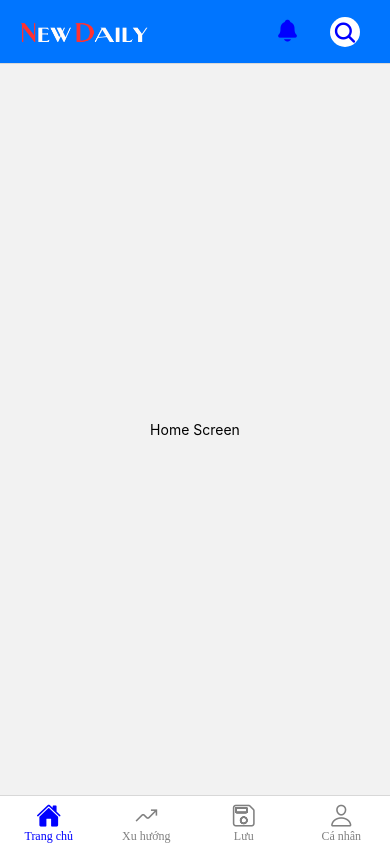
Repository: Quynhhuong150322/New_Daily
Screen: /BottomTab
These files come from the project's save history. The screen is drawn as it stood at one moment and after the next save; the edit follows.
The app was drawn by React Native's web renderer in a window 390 px wide. The project was rebuilt for these pictures with package versions that can differ from the ones it lists, and the page was loaded fresh each time. Also part of the build but not shown: firebase.js, screens/Login.js, screens/Signup.js, screens/Trending.js, screens/Save.js, components/Divider.js, components/Tab.js, screens/Profile.js and 4 more.

Above is the screen before, as saved 2023-12-20 06:34:17.

### App.js
import React from "react";
import {  StyleSheet, View } from "react-native";
import AppNavigator from "./navigation/AppNavigator";


export default function App() {
  return (
    <View style={styles.container}>
      <AppNavigator />
    </View>
  );
}

const styles = StyleSheet.create({
  container: {
    flex: 1,
  },
});

### navigation/AppNavigator.js
import { NavigationContainer } from '@react-navigation/native';
import { createNativeStackNavigator } from "@react-navigation/native-stack"
import Login from "../screens/Login";
import Signup from "../screens/Signup";
import  Welcome from "../screens/Welcome";
import  Home from "../screens/Home";
import  BottomTab from "../screens/ButtomTab";
import Trending from '../screens/Trending'
import Save from '../screens/Save'
import Profile from '../screens/Profile'
import Setting from '../screens/Setting'
import Dark_Mode from '../screens/Dark_Mode'
import Following from '../screens/Following'
import Notification from '../screens/Following'
import Privacy_Policy from '../screens/Following'
import Read_Later from '../screens/Following'
import Read_Recently from '../screens/Dark_Mode'
import Saved from '../screens/Following'
import Terms_Of_Use from '../screens/Following'
import Reading_Mode from '../screens/Reading_Mode'

const Stack = createNativeStackNavigator();


export default function AppNavigator() {
  return (
    <NavigationContainer>
      <Stack.Navigator
        initialRouteName='Welcome'
      >
        <Stack.Screen
          name="Welcome"
          component={Welcome}
          options={{
            headerShown: false
          }}
        />
        <Stack.Screen
          name="Login"
          component={Login}
          options={{
            headerShown: false
          }}
        />
        <Stack.Screen
          name="Signup"
          component={Signup}
          options={{
            headerShown: false
          }}
        />
        <Stack.Screen
          name="BottomTab"
          component={BottomTab}
          options={{ headerShown: false }}
        />
        <Stack.Screen
          name="Home"
          component={Home}
          options={{ headerShown: false }}
        />
        <Stack.Screen
          name="Trending"
          component={Trending}
        />
        <Stack.Screen
          name="Save"
          component={Save}
        />
        <Stack.Screen
          name="Profile"
          component={Profile}
        />
        <Stack.Screen
          name="Setting"
          component={Setting}
        />
        <Stack.Screen
          name="Dark_Mode"
          component={Dark_Mode}
        />
        <Stack.Screen
          name="Following"
          component={Following}
        />
        <Stack.Screen
          name="Notification"
          component={Notification}
        />
        <Stack.Screen
          name="Privacy_Policy"
          component={Privacy_Policy}
        />
        <Stack.Screen
          name="Read_Later"
          component={Read_Later}
        />
        <Stack.Screen
          name="Read_Recently"
          component={Read_Recently}
        />
        <Stack.Screen
          name="Saved"
          component={Saved}
        />
        <Stack.Screen
          name="Terms_Of_Use"
          component={Terms_Of_Use}
        />
        <Stack.Screen
          name="Reading_Mode"
          component={Reading_Mode}
        />

      </Stack.Navigator>
    </NavigationContainer>
  );
}

### screens/Welcome.js
import { View, Text, Pressable, Image } from 'react-native'
import React from 'react'
import { LinearGradient } from "expo-linear-gradient";
import colors from '../constants/colors';
import Button from '../components/Button';

const Welcome = ({ navigation }) => {

    return (
        <LinearGradient
            style={{
                flex: 1
            }}
            colors={[colors.Xanh_nhat, colors.Xanh_nhat]}
        >
            <View style={{ flex: 1 }}>
                <View>
                    <Image
                        source={require("../assets/Loading.png")}
                        style={{
                            height: 500,
                            width: 500,
                            position: "absolute",
                            top: 5,
                            right: -50,
                        }}
                    />

                    {/* <Image
                        source={require("../assets/Logo-4.png")}
                        style={{
                            height: 100,
                            width: 100,
                            borderRadius: 20,
                            position: "absolute",
                            top: -30,
                            left: 100,
                            transform: [
                                { translateX: 50 },
                                { translateY: 50 },
                                { rotate: "-5deg" }
                            ]
                        }}
                    /> */}
                </View>

                {/* content  */}

                <View style={{
                    paddingHorizontal: 22,
                    position: "absolute",
                    top: 400,
                    width: "100%"
                }}>
                    <Text style={{
                        fontSize: 25,
                        fontWeight: 1000,
                        color: colors.Xam1,
                        top: 30,
                        fontFamily: 'OpenSans-Regular',
                    }}>Đọc báo chỉ với một ứng dụng</Text>
                    <Text style={{
                        fontSize: 40,
                        fontWeight: 800,
                        color: colors.Den,
                        fontFamily: 'Helvetica-Bold',
                        top: 40,
                    }}>New Daily</Text>

                    <View style={{ marginVertical: 22 }}>
                        <Text style={{
                            fontSize: 16,
                            color: colors.Xam1,
                            marginVertical: 4,
                            top: 40,
                            fontFamily: 'OpenSans-Regular',
                        }}>Đọc tin tức mới nhất một cách mượt mà và nhanh chóng vào thời gian rảnh</Text>

                    </View>

                    <Button
                        title= {
                            <Text style={{
                                color: colors.Trang, fontSize: 25,
                                fontFamily: 'Helvetica-Bold',
                                }}>Đọc ngay
                            </Text>
                        }
                        onPress={() => navigation.navigate("Signup")}
                        style={{
                            marginTop: 22,
                            width: "100%",
                            backgroundColor: colors.Xanh_dam,
                            top: 30,
                        }}
                    />

                    <View style={{
                        flexDirection: "row",
                        marginTop: 12,
                        justifyContent: "center",
                        top: 50
                    }}>
                        <Text style={{
                            fontSize: 16,
                            color: colors.Den
                        }}>Bạn đã có tài khoản chưa?</Text>
                        <Pressable
                            onPress={() => navigation.navigate("Login")}
                        >
                            <Text style={{
                                fontSize: 16,
                                color: colors.Xanh_dam,
                                fontWeight: "bold",
                                marginLeft: 4
                            }}>Đăng nhập</Text>
                        </Pressable>

                    </View>
                </View>
            </View>
        </LinearGradient>
    )
}

export default Welcome

### screens/Home.js
import React from 'react';
import { createStackNavigator } from '@react-navigation/stack';
import { View, Text, Image, TouchableOpacity } from 'react-native';
import Ionicons from 'react-native-vector-icons/Ionicons';

const HomeStack = createStackNavigator();

function LogoTitle() {
    return (
        <Image
            style={{ width: 128, height: 20, marginLeft:20, marginTop:0}}
            source={require('../assets/Logo.png')}
        />
    );
}

function HomeScreen() {
    return (
        <View style={{ flex: 1, justifyContent: 'center', alignItems: 'center' }}>
            <Text>Home Screen</Text>
        </View>
    );
}

const Home = () => {
    return (
        <HomeStack.Navigator>
            <HomeStack.Screen
                name="HomeScreen"
                component={HomeScreen}
                options={{
                    headerLeft: props => <LogoTitle {...props} />,
                    headerTitle: '',
                    headerRight: () => (
                        <View style={{ flexDirection: 'row', marginRight: 30 }}>
                            <TouchableOpacity onPress={() => {/* handle search press */}}>
                                <Ionicons name="notifications" size={25} color="blue" />
                            </TouchableOpacity>
                            <TouchableOpacity onPress={() => {/* handle notification press */}} style={{ marginLeft: 30 }}>
                              <View style={{backgroundColor: 'white', borderRadius: 20, height: 30, width: 30, justifyContent: 'center', alignItems: 'center'}}>
                                <Ionicons name="search" size={25} color="blue" />
                              </View>
                            </TouchableOpacity>
                        </View>
                    ),
                    headerStyle: {
                        backgroundColor: '#0075FF',
                    },
                }}
            />
        </HomeStack.Navigator>
    );
}

export default Home;

### screens/ButtomTab.js
import * as React from "react";
import { createBottomTabNavigator } from "@react-navigation/bottom-tabs";
import Ionicons from "react-native-vector-icons/Ionicons";
import Home from './Home'
import Trending from './Trending'
import Save from './Save'
import Profile from './Profile'

const Tab = createBottomTabNavigator();

export default function ButtomTab() {
    return (
        <Tab.Navigator
        screenOptions={({ route }) => ({
            tabBarIcon: ({ focused, color, size }) => {
            let iconName;

            if (route.name === "Trang chủ") {
                iconName = focused ? "home" : "home-outline";
            } else if (route.name === "Xu hướng") {
                iconName = focused ? "trending-up" : "trending-up-outline";
            } else if (route.name === "Lưu") {
                iconName = focused ? "save" : "save-outline";
            } else if (route.name === "Cá nhân") {
                iconName = focused ? "person" : "person-outline";
            }

            return <Ionicons name={iconName} size={size} color={color} style={{ marginTop: 5 }}/>;
            },
        })}
        tabBarOptions={{
            activeTintColor: "blue",
            inactiveTintColor: "gray",
            labelStyle: {
                fontSize: 12,
                fontFamily: 'OpenSans-Regular',
            },
        }}
        >
            <Tab.Screen
                name="Trang chủ"
                component={Home}
                options={{
                    // title: 'NEWDAILY',
                    headerStyle: {
                    backgroundColor: '#0075FF',

                    },
                    headerTitleStyle: {
                    color: 'white',
                    fontSize: 16,
                    paddingTop: 100,
                    marginLeft: 0
                    },
                    headerShown: false,
                }}
            />
            <Tab.Screen name="Xu hướng" component={Trending} />
            <Tab.Screen name="Lưu" component={Save} />
            <Tab.Screen name="Cá nhân" component={Profile} />
        </Tab.Navigator>
    );
}

### constants/colors.js
const colors = {
    Xanh_nhat: "#D0ECEF",
    Xanh_dam: "#0075FF",
    Do: "#FF0000",
    Xam1: "#666666",
    Xam2: "#9E9C9C",
    Xam3: "#C0C0C0",
    Den: "#222222",
    Trang: "#FFFFFF",

}

export default colors;

### components/Button.js
import { Text, TouchableOpacity, StyleSheet } from 'react-native'
import React from 'react'
import colors from '../constants/colors'

const Button = (props) => {
    const filledBgColor = props.color || colors.primary;
    const outlinedColor = colors.white;
    const bgColor = props.filled ? filledBgColor : outlinedColor;
    const textColor = props.filled ? colors.white : colors.primary;

    return (
        <TouchableOpacity
            style={{
                ...styles.button,
                ...{ backgroundColor: bgColor },
                ...props.style
            }}
            onPress={props.onPress}
        >
            <Text style={{ fontSize: 20, ... { color: textColor } }}>{props.title}</Text>
        </TouchableOpacity>
    )
}

const styles = StyleSheet.create({
    button: {
        paddingBottom: 16,
        paddingVertical: 10,
        borderColor: colors.Xanh_dam,
        borderWidth: 2,
        borderRadius: 12,
        alignItems: 'center',
        justifyContent: 'center'
    }
})
export default Button

After the next save:
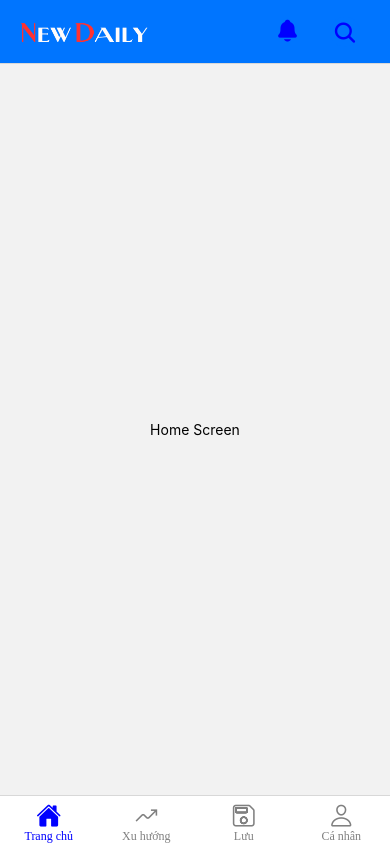
Saved 60 s later.
--- a/screens/Home.js
+++ b/screens/Home.js
@@ -37,7 +37,7 @@
                                 <Ionicons name="notifications" size={25} color="blue" />
                             </TouchableOpacity>
                             <TouchableOpacity onPress={() => {/* handle notification press */}} style={{ marginLeft: 30 }}>
-                              <View style={{backgroundColor: 'white', borderRadius: 20, height: 30, width: 30, justifyContent: 'center', alignItems: 'center'}}>
+                              <View style={{backgroundColor: '#0075FF', borderRadius: 20, height: 30, width: 30, justifyContent: 'center', alignItems: 'center', borderColor: 'white' }}>
                                 <Ionicons name="search" size={25} color="blue" />
                               </View>
                             </TouchableOpacity>
